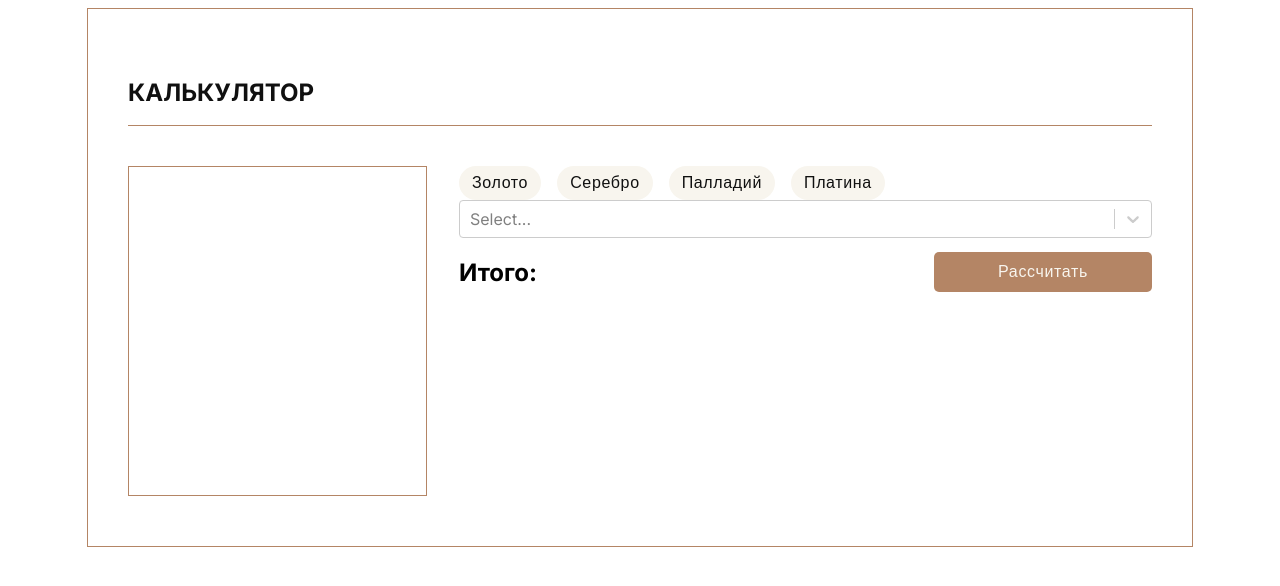
Repository: Kirill2034/Calculator-metal
Page: /
An editor plug-in stored every save of this project. The page is shown before and after the next save, followed by the edit.
The browser window is 1280 px wide. The pictures show the whole page.
The project was rebuilt for these pictures with package versions that can differ from the ones it lists, and the page was loaded fresh each time.

Above is the page before, as saved 2021-11-27 18:47:45.

After the next save:
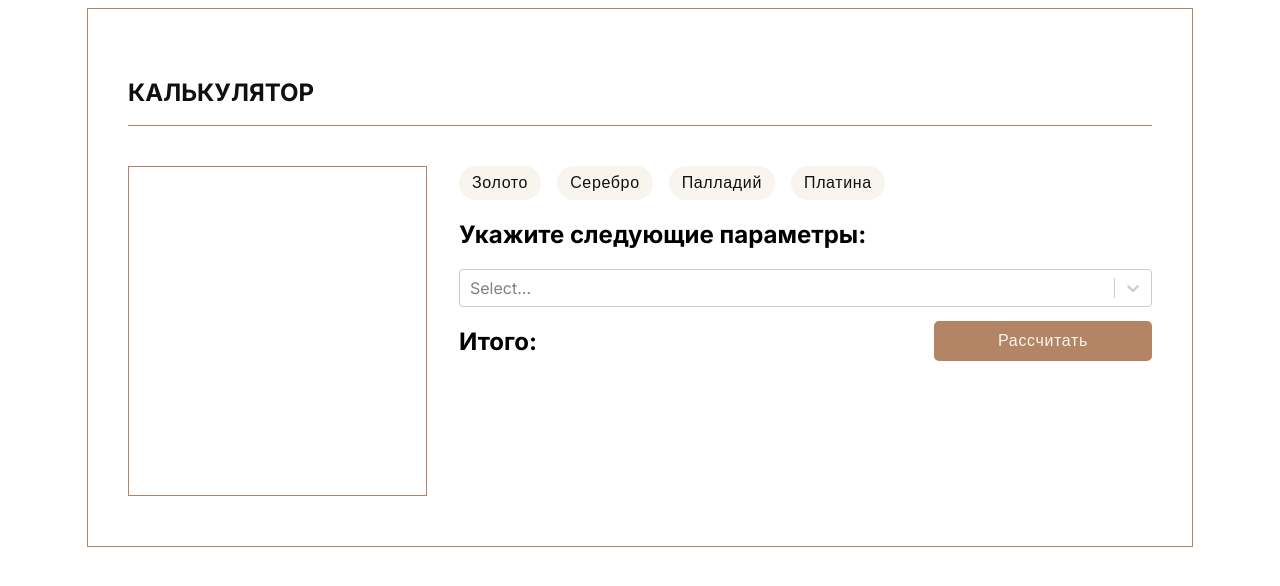
Saved 81 s later.
--- a/src/App.js
+++ b/src/App.js
@@ -69,6 +69,7 @@ const App = () => {
           ))}
           </div>
           <div className="select-prop-metal">
+            <h2>Укажите следующие параметры:</h2>
             <Select options={metals.forEach((metal) => metal.title)} />
           </div>
           <div className="calculate">
